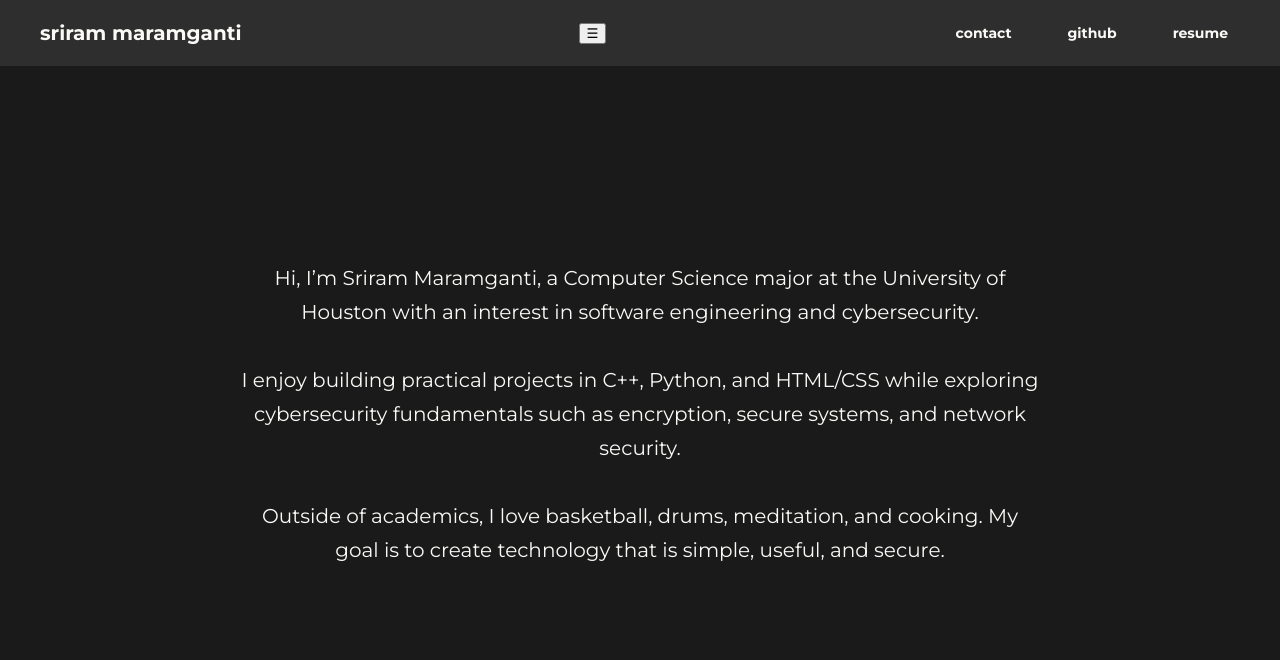
Repository: srirammaramganti/srirammaramganti.github.io
Page: index.html
An editor plug-in stored every save of this project. The page is shown before and after the next save, followed by the edit.
The browser window is 1280 px wide. The pictures show the part of the page from y = 0 to 660 px (the page is 1785 px tall before and 1733 px after).
Pictures or frames that could not be fetched are drawn as grey boxes.

Above is the page before, as saved 2025-12-18 15:04:15.

### index.html
  <!DOCTYPE html>
<html lang="en">
<head>
  <meta charset="UTF-8" />
  <meta name="viewport" content="width=device-width, initial-scale=1.0" />
  <title>Sriram Maramganti</title>

  <link href="https://fonts.googleapis.com/css2?family=Montserrat:wght@400;700&display=swap" rel="stylesheet">
  <link href="index.css" rel="stylesheet">
</head>

<body>

  <div id="home"></div>

  <header class="navbar">
    <div class="logo">
      <a href="#home">sriram maramganti</a>
    </div>

    <button class="hamburger" id="hamburger">&#9776;</button>
    <nav class="nav-links">
      <a href="#contact" id="contact-link">contact</a>
      <a href="https://github.com/srirammaramganti" target="_blank">github</a>
      <a href="#resume">resume</a>
    </nav>
  </header>

  <section class="center-content">
    <p class="about-text">
      Hi, I’m Sriram Maramganti, a Computer Science major at the
      University of Houston with an interest in software engineering and cybersecurity.
      <br><br>
      I enjoy building practical projects in C++, Python, and HTML/CSS while exploring
      cybersecurity fundamentals such as encryption, secure systems, and network security.
      <br><br>
      Outside of academics, I love basketball, drums, meditation, and cooking.
      My goal is to create technology that is simple, useful, and secure.
    </p>
  </section>

  <section id="resume" class="resume-section">
    <h2>Resume</h2>

    <iframe
      src="sriram_resume_12_4.pdf"
      width="100%"
      height="650px"
      style="border: none;">
    </iframe>

    <div class="back-to-top">
      <a href="#home">Back to Top ↑</a>
    </div>
  </section>

  <!-- ==================== UPDATED CONTACT POPUP ==================== -->
  <div class="card" id="cookie-popup">

    <p class="cookieHeading">Contact Me</p>
    <p class="cookieDescription">Email:</p>
    <p id="copyMe">sriram.maramganti1@gmail.com</p>

    <div class="buttonContainer">
      <button class="acceptButton">Close</button>
    </div>
  </div>

  <footer>
    <p>2025 Sriram Maramganti</p>
  </footer>

  <script>
    const hamburger = document.getElementById("hamburger");
    const navLinks = document.getElementById("nav-links");

      hamburger.addEventListener("click", () => {
        navLinks.classList.toggle("show");
      });
    document.getElementById("contact-link").addEventListener("click", function(e) {
    e.preventDefault();
      document.getElementById("cookie-popup").style.display = "block";
    });

  document.querySelector(".acceptButton").addEventListener("click", function () {
    document.getElementById("cookie-popup").style.display = "none";
  });

  document.getElementById("copyMe").addEventListener("click", function () {
    const email = this.textContent;
    navigator.clipboard.writeText(email).then(() => {
      const originalText = this.textContent;
      this.textContent = "Copied!";
      setTimeout(() => {
        this.textContent = originalText;
      }, 1500);
    });
  });
</script>


</body>
</html>

### index.css
/* ============================================
   COLOR PALETTE
   E0E2DB - light background
   007C77 - teal accent
   D2D4C8 - navbar muted gray
   846075 - muted purple
   C6E1E7 - light blue
   ============================================ */

html {
  scroll-behavior: smooth;
}

body {
  margin: 0;
  padding: 0;
  font-family: 'Montserrat', sans-serif;
  background-color: #1A1A1A;
  color: #FAF9F6;

  /* IMPORTANT: allow scrolling */
  overflow-x: hidden;
  overflow-y: auto;
}

/* =========================
   NAVBAR
   ========================= */
.navbar {
  display: flex;
  justify-content: space-between;
  align-items: center;
  padding: 18px 40px;
  background-color: #2E2E2E;
  position: sticky;
  top: 0;
  z-index: 1000;
}

.logo {
  font-weight: 700;
  font-size: 20px;
}

.logo a {
  color: #FAF9F6;
  text-decoration: none;
}

.nav-links {
  display: flex;
  gap: 32px;
}

.nav-links a {
  color: #FAF9F6;
  text-decoration: none;
  font-weight: 600;
  font-size: 14px;
  padding: 6px 12px;
  transition: color 0.2s ease;
}

.nav-links a:hover {
  color: #C6E1E7;
}

/* =========================
   INTRO / ABOUT SECTION
   ========================= */
.center-content {
  min-height: 80vh;
  display: flex;
  justify-content: center;
  align-items: center;
  padding: 60px 20px;
  text-align: center;
}

.about-text {
  font-size: 1.25rem;
  max-width: 800px;
  line-height: 1.7;
  margin: auto;
}

/* =========================
   RESUME SECTION
   ========================= */
.resume-section {
  width: 80%;
  max-width: 900px;
  margin: 60px auto 120px auto;
  text-align: center;
}

.resume-section h2 {
  font-size: 2rem;
  margin-bottom: 20px;
}

.back-to-top {
  text-align: center;
  margin-top: 25px;
}

.back-to-top a {
  color: #C6E1E7;
  text-decoration: none;
  font-weight: 600;
  transition: color 0.2s ease;
}

.back-to-top a:hover {
  color: #FAF9F6;
}

/* =========================
   CONTACT POPUP
   ========================= */
#cookie-popup {
  display: none;
  position: fixed;
  top: 50%;
  left: 50%;
  transform: translate(-50%, -50%);
  background-color: #424242;
  color: #FAF9F6;
  width: 320px;
  padding: 25px;
  box-shadow: 2px 2px 20px rgba(0, 0, 0, 0.4);
  border-radius: 12px;
  z-index: 2000;
  text-align: center;
}

#cookieSvg {
  width: 50px;
  margin: 0 auto 12px;
}

#cookieSvg g path {
  fill: rgb(97, 81, 81);
}

.cookieHeading {
  font-size: 1.3em;
  font-weight: bold;
}

.cookieDescription {
  font-size: 0.85em;
  margin-bottom: 10px;
}

#copyMe {
  font-weight: bold;
  cursor: pointer;
  user-select: none;
  text-decoration: underline;
}

.buttonContainer {
  margin-top: 16px;
}

.acceptButton {
  background-color: #7b57ff;
  color: white;
  border: none;
  border-radius: 20px;
  padding: 8px 20px;
  cursor: pointer;
  font-weight: 600;
  transition: background-color 0.2s ease;
}

.acceptButton:hover {
  background-color: #6949d3;
}

/* =========================
   FOOTER
   ========================= */
footer {
  background-color: #2E2E2E;
  color: #FAF9F6;
  text-align: center;
  padding: 20px 0;
  font-size: 14px;
}

/* =========================
   MOBILE RESPONSIVENESS
   ========================= */
@media (max-width: 600px) {
  .navbar {
    flex-direction: column;
    align-items: center;
  }

  .hamburger {
    display: block;
    position: absolute;
    right: 20px;
    top: 18px;
  }

  .nav-links {
    flex-direction: column;
    align-items: center;
    width: 100%;
    display: none; /* hidden by default */
    background-color: #2E2E2E;
    padding-bottom: 12px;
  }

  .nav-links.show {
    display: flex;
  }

  .nav-links a {
    padding: 10px 0;
    width: 100%;
    text-align: center;
    border-top: 1px solid #3a3a3a;
  }
  .logo {
    font-size: 18px;
    display: flex;
    justify-content: center;
    align-items: center;
    width: 100%;
  }
  .about-text {
    font-size: 1rem;
    padding: 0 10px;
  }

  .resume-section {
    width: 95%;
  }

  #cookie-popup {
    width: 90%;
    padding: 20px;
  }

  .acceptButton {
    width: 100%;
    padding: 12px 0;
    font-size: 1rem;
  }
}

#cookie-popup {
  opacity: 0;
  transition: opacity 0.3s ease;
}

#cookie-popup.show {
  opacity: 1;
}

### style.css
body {
    background-color: #313131;
    margin: 0;
    height: 100vh;
    font-family: 'Inter', sans-serif;
    line-height: 1.6;
    padding: 0;
}
p {
    font-size: 2rem;
    font-weight: 400;
}
h1 {
    font-size: 1rem;
    font-weight: 700;
}
.btn-github {
    cursor: pointer;
    display: flex;
    gap: 0.5rem;
    border: none;
    transition: all 0.5s cubic-bezier(0.165, 0.84, 0.44, 1);
    border-radius: 100px;
    font-weight: 800;
    place-content: center;
    padding: 0.75rem 1rem;
    font-size: 0.825rem;
    line-height: 1rem;
    background-color: rgba(0, 0, 0, 0.4);
    box-shadow:
      inset 0 1px 0 0 rgba(255, 255, 255, 0.08),
      inset 0 0 0 1px rgba(255, 255, 255, 0.04);
    color: #fff;
}
.btn-github:hover {
    box-shadow:
      inset 0 1px 0 0 rgba(255, 255, 255, 0.08); /* Retain the shadow effect */
    color: grey;
    background-color: rgba(0, 0, 0, 0.5); /* Keep the background change */
    border-radius: 50px;
}
ul {
    list-style-type: none;
    margin: 0;
    padding: 0;
    display: flex; /* Use flexbox for alignment */
    justify-content: center; /* Center the navigation items horizontally */
    align-items: center; /* Center items vertically (optional) */
    background-color: #313131;
}

li {
    margin: 0 10px; /* Add some spacing between items */
}

li a {
    display: block;
    color: white;
    text-align: center;
    padding: 14px 16px;
    text-decoration: none;
    font-size: 0.7rem;
}

li a:hover {
    background-color: #111;
    border-radius: 50px; /* Optional: make hover effect rounded */
}

After the next save:
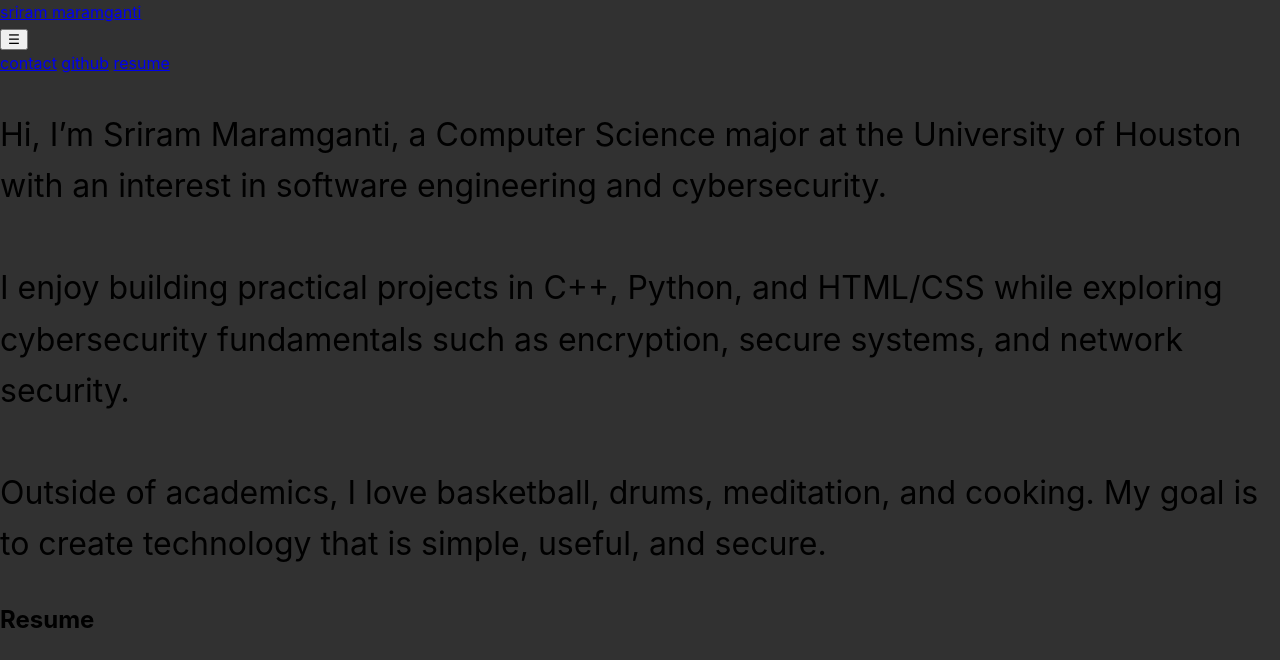
Saved 2 min 33 s later.
--- a/index.html
+++ b/index.html
@@ -1,31 +1,37 @@
-  <!DOCTYPE html>
+<!DOCTYPE html>
 <html lang="en">
 <head>
   <meta charset="UTF-8" />
   <meta name="viewport" content="width=device-width, initial-scale=1.0" />
   <title>Sriram Maramganti</title>
-
   <link href="https://fonts.googleapis.com/css2?family=Montserrat:wght@400;700&display=swap" rel="stylesheet">
-  <link href="index.css" rel="stylesheet">
+  <link rel="stylesheet" href="style.css" />
+  <style>
+    /* === YOUR STYLES — PASTE FROM CSS FILE HERE IF NEEDED === */
+  </style>
 </head>
-
 <body>
 
   <div id="home"></div>
 
+  <!-- Navbar -->
   <header class="navbar">
     <div class="logo">
       <a href="#home">sriram maramganti</a>
     </div>
 
+    <!-- Hamburger for Mobile -->
     <button class="hamburger" id="hamburger">&#9776;</button>
-    <nav class="nav-links">
+
+    <!-- Navigation Links -->
+    <nav class="nav-links" id="nav-links">
       <a href="#contact" id="contact-link">contact</a>
       <a href="https://github.com/srirammaramganti" target="_blank">github</a>
       <a href="#resume">resume</a>
     </nav>
   </header>
 
+  <!-- About Section -->
   <section class="center-content">
     <p class="about-text">
       Hi, I’m Sriram Maramganti, a Computer Science major at the
@@ -39,9 +45,9 @@
     </p>
   </section>
 
+  <!-- Resume Section -->
   <section id="resume" class="resume-section">
     <h2>Resume</h2>
-
     <iframe
       src="sriram_resume_12_4.pdf"
       width="100%"
@@ -54,50 +60,58 @@
     </div>
   </section>
 
-  <!-- ==================== UPDATED CONTACT POPUP ==================== -->
+  <!-- Contact Popup -->
   <div class="card" id="cookie-popup">
-
     <p class="cookieHeading">Contact Me</p>
     <p class="cookieDescription">Email:</p>
     <p id="copyMe">sriram.maramganti1@gmail.com</p>
-
     <div class="buttonContainer">
       <button class="acceptButton">Close</button>
     </div>
   </div>
 
+  <!-- Footer -->
   <footer>
     <p>2025 Sriram Maramganti</p>
   </footer>
 
+  <!-- JavaScript -->
   <script>
+    // Toggle hamburger menu on mobile
     const hamburger = document.getElementById("hamburger");
     const navLinks = document.getElementById("nav-links");
 
-      hamburger.addEventListener("click", () => {
-        navLinks.classList.toggle("show");
-      });
-    document.getElementById("contact-link").addEventListener("click", function(e) {
-    e.preventDefault();
-      document.getElementById("cookie-popup").style.display = "block";
+    hamburger.addEventListener("click", () => {
+      navLinks.classList.toggle("show");
     });
 
-  document.querySelector(".acceptButton").addEventListener("click", function () {
-    document.getElementById("cookie-popup").style.display = "none";
-  });
+    // Show contact popup
+    document.getElementById("contact-link").addEventListener("click", function(e) {
+      e.preventDefault();
+      const popup = document.getElementById("cookie-popup");
+      popup.style.display = "block";
+      popup.classList.add("show");
+    });
 
-  document.getElementById("copyMe").addEventListener("click", function () {
-    const email = this.textContent;
-    navigator.clipboard.writeText(email).then(() => {
-      const originalText = this.textContent;
-      this.textContent = "Copied!";
-      setTimeout(() => {
-        this.textContent = originalText;
-      }, 1500);
+    // Close popup
+    document.querySelector(".acceptButton").addEventListener("click", function () {
+      const popup = document.getElementById("cookie-popup");
+      popup.style.display = "none";
+      popup.classList.remove("show");
     });
-  });
-</script>
 
+    // Copy email
+    document.getElementById("copyMe").addEventListener("click", function () {
+      const email = this.textContent;
+      navigator.clipboard.writeText(email).then(() => {
+        const originalText = this.textContent;
+        this.textContent = "Copied!";
+        setTimeout(() => {
+          this.textContent = originalText;
+        }, 1500);
+      });
+    });
+  </script>
 
 </body>
 </html>

After the save that followed:
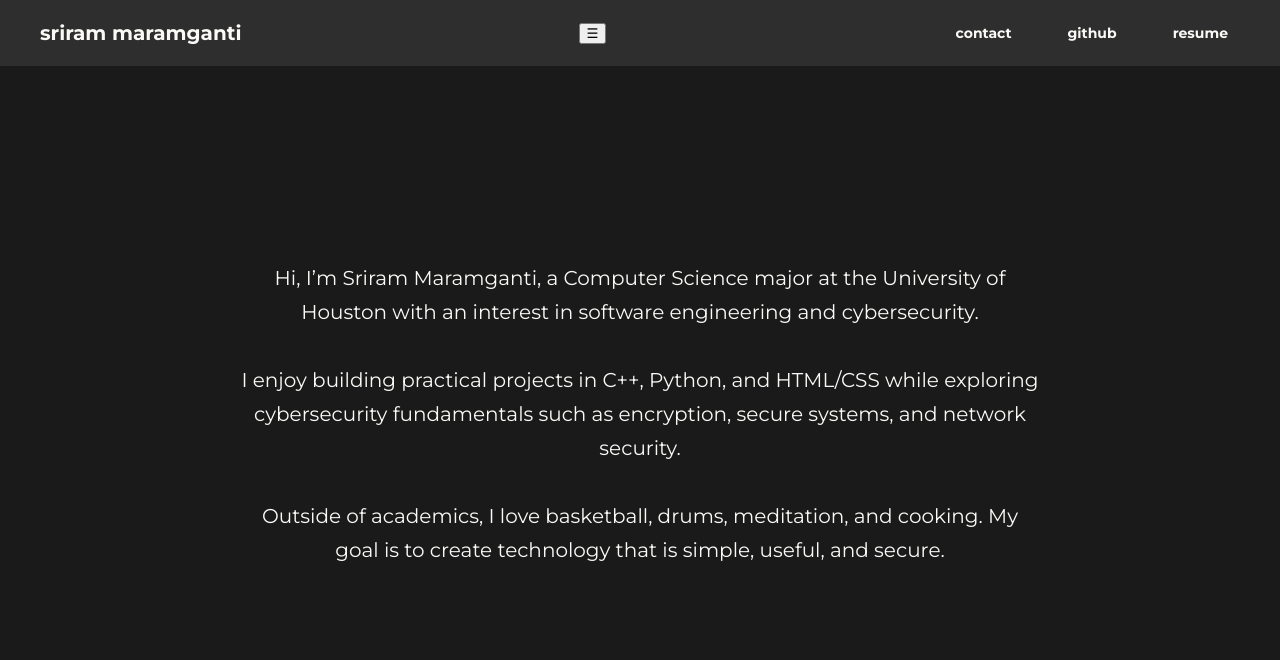
Saved 22 s later.
--- a/index.html
+++ b/index.html
@@ -5,7 +5,7 @@
   <meta name="viewport" content="width=device-width, initial-scale=1.0" />
   <title>Sriram Maramganti</title>
   <link href="https://fonts.googleapis.com/css2?family=Montserrat:wght@400;700&display=swap" rel="stylesheet">
-  <link rel="stylesheet" href="style.css" />
+  <link rel="stylesheet" href="index.css" />
   <style>
     /* === YOUR STYLES — PASTE FROM CSS FILE HERE IF NEEDED === */
   </style>
